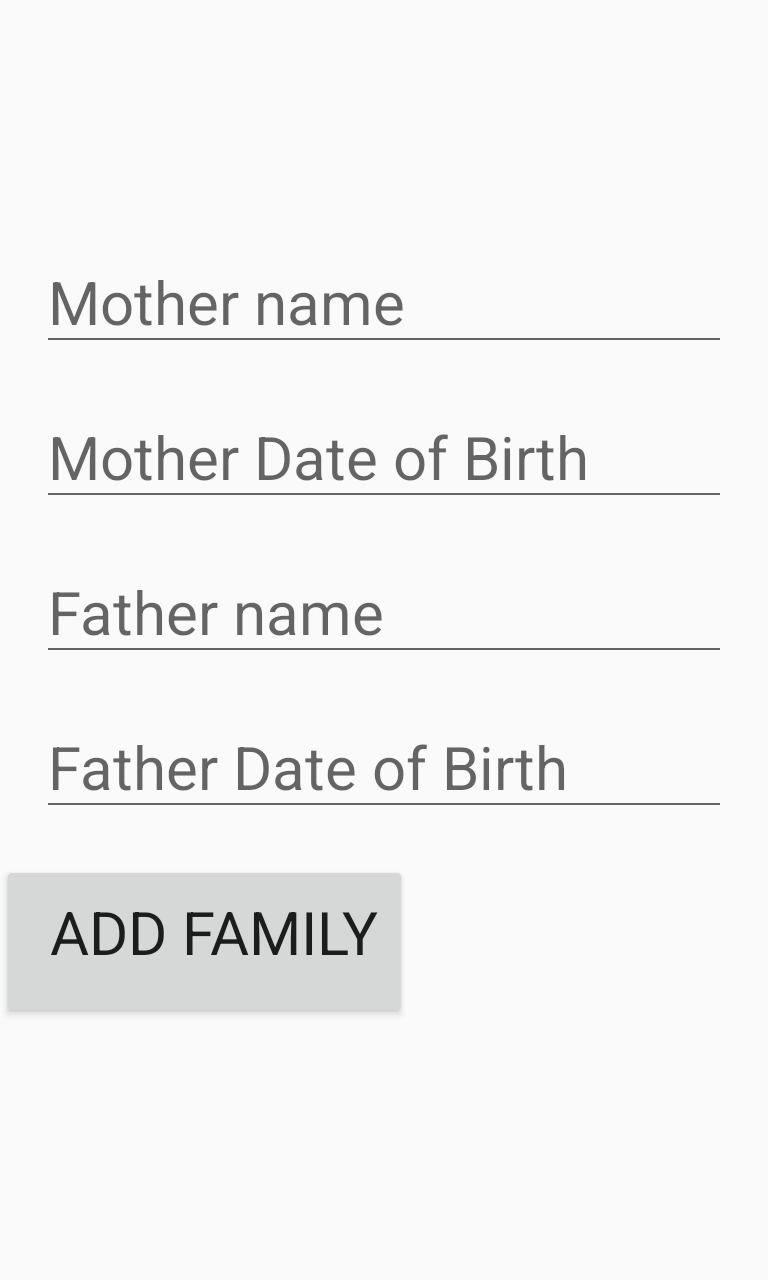
Repository: achavez812/GuatemalaProject2
Layout: GuateMedic-master/GuateMedic/res/layout/fragment_add_new_family.xml
An editor plug-in stored every save of this project. The layout is shown before and after the next save, followed by the edit.
It is drawn on a 768 x 1280 px phone screen (xhdpi) without system bars, with theme AppTheme; the app's code is not run.

Above is the layout before, as saved 2014-07-02 04:31:17.

### GuateMedic-master/GuateMedic/res/layout/fragment_add_new_family.xml
<?xml version="1.0" encoding="utf-8"?>
<LinearLayout xmlns:android="http://schemas.android.com/apk/res/android"
    android:layout_width="match_parent"
    android:layout_height="match_parent"
    android:orientation="vertical" >

    <TextView
        android:id="@+id/add_new_family_textview"
        android:textSize="30sp"
        android:layout_marginBottom="60dp"
        android:layout_marginTop="20dp"
        android:gravity="center"
        android:layout_width="wrap_content"
        android:layout_height="wrap_content" />

    <EditText
        android:id="@+id/add_new_family_parent1_name"
        android:textSize="30sp"
        android:layout_width="match_parent"
        android:layout_height="wrap_content"
        android:layout_marginLeft="20dp"
        android:layout_marginRight="20dp"
        android:hint="Mother name"
        />

    <EditText
        android:id="@+id/add_new_family_parent1_dob"
        android:textSize="30sp"
        android:layout_width="match_parent"
        android:layout_height="wrap_content"
        android:layout_marginTop="20dp"
        android:layout_marginLeft="20dp"
        android:layout_marginRight="20dp"
        android:hint="Mother Date of Birth"
        />

    <EditText
        android:id="@+id/add_new_family_parent2_name"
        android:textSize="30sp"
        android:layout_width="match_parent"
        android:layout_height="wrap_content"
        android:layout_marginTop="20dp"
        android:layout_marginLeft="20dp"
        android:layout_marginRight="20dp"
        android:hint="Father name"
        />

    <EditText
        android:id="@+id/add_new_family_parent2_dob"
        android:textSize="30sp"
        android:layout_width="match_parent"
        android:layout_height="wrap_content"
        android:layout_marginTop="20dp"
        android:layout_marginLeft="20dp"
        android:layout_marginRight="20dp"
        android:hint="Father Date of Birth"
        />

    <Button
        android:id="@+id/add_new_family_button"
        android:textSize="30sp"
        android:layout_width="wrap_content"
        android:layout_height="wrap_content"
        android:layout_marginTop="20dp"
        android:paddingTop="15dp"
        android:paddingRight="15dp"
        android:paddingLeft="25dp"
        android:paddingBottom="25dp"
        android:text="Add Family"
        />

</LinearLayout>

### GuateMedic-master/GuateMedic/res/values/styles.xml
<resources xmlns:android="http://schemas.android.com/apk/res/android">

    <!--
        Base application theme, dependent on API level. This theme is replaced
        by AppBaseTheme from res/values-vXX/styles.xml on newer devices.
    -->

    <!-- Application theme. -->
    <style name="AppTheme" parent="@style/Theme.AppCompat.Light.DarkActionBar">
        <!-- All customizations that are NOT specific to a particular API-level can go here. -->
    	<item name="android:typeface">sans</item>
        <item name="actionBarStyle">@style/MyActionBar</item>
    	<item name="android:actionBarStyle">@style/MyActionBar</item>
    	<item name="android:actionOverflowButtonStyle">@style/OverFlow</item>
    	<item name="android:popupMenuStyle">@style/MyPopupMenu</item>
    	<item name="popupMenuStyle">@style/MyPopupMenu</item>
        <item name="android:panelBackground">#004d6b</item>
         <item name="android:itemTextAppearance">@style/myCustomMenuTextApearance</item>

    </style>
       <style name="myCustomMenuTextApearance" parent="@android:style/TextAppearance.Widget.IconMenu.Item">
        <item name="android:textColor">#FFFFFF</item>
        <item name="android:textSize">20sp</item>

    </style>
    <style name="MyActionBar" parent="@style/Widget.AppCompat.Light.ActionBar.Solid.Inverse">
        <item name="android:background">#004d6b</item>
        <item name="android:titleTextStyle">@style/TitleText</item>



    </style>

    <style name ="MyPopupMenu" parent="android:Theme.Holo.Light">
        <item name="android:popupBackground">#004d6b</item>
    </style>

    <style name="OverFlow" parent="@android:style/Widget.Holo.ActionButton.Overflow">
    	<item name="android:src">@drawable/ic_action_overflow</item>
	</style>
    <style name="TitleText">
        <item name="android:textColor">#FFFFFF</item>
        <item name="android:typeface">sans</item>
        <item name="android:textSize">30sp</item>

    </style>
	<!--
	<style name="HomePage" parent="AppTheme">
	<item name="android:background"> @drawable/guatemala_home_bg </item>
	</style>
	    -->





</resources>

After the next save:
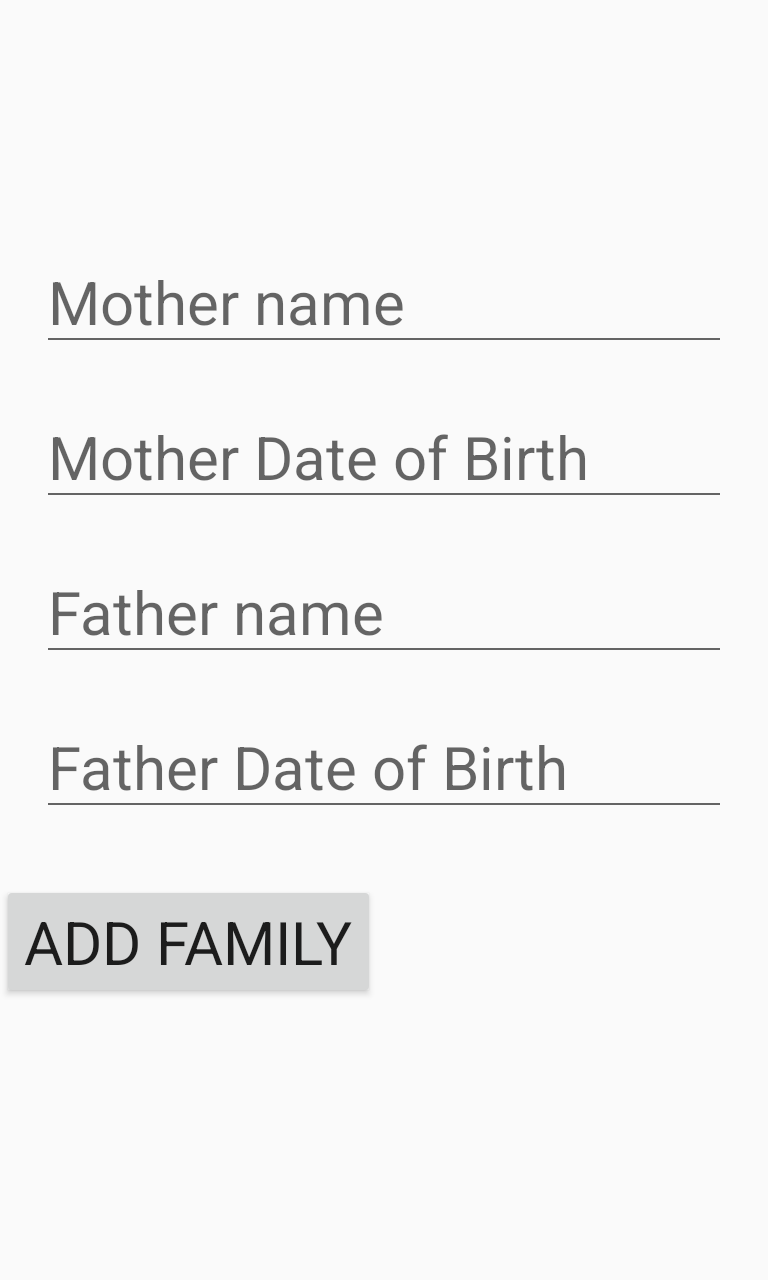
Saved 16 s later.
--- a/GuateMedic-master/GuateMedic/res/layout/fragment_add_new_family.xml
+++ b/GuateMedic-master/GuateMedic/res/layout/fragment_add_new_family.xml
@@ -61,11 +61,8 @@
         android:textSize="30sp"
         android:layout_width="wrap_content"
         android:layout_height="wrap_content"
-        android:layout_marginTop="20dp"
-        android:paddingTop="15dp"
-        android:paddingRight="15dp"
-        android:paddingLeft="25dp"
-        android:paddingBottom="25dp"
+        android:layout_marginTop="30dp"
+
         android:text="Add Family"
         />
 
